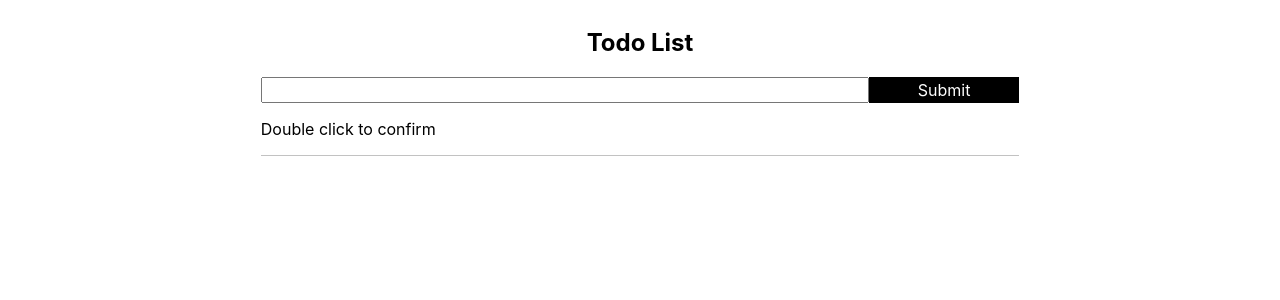
Repository: irenewuu/comp4130_checklist
Page: index.html
The author's editor kept a copy of each file at every save. The page is drawn from the files as they stood at one save, then again after the next save.
The browser window is 1280 px wide. The pictures show the whole page.

Above is the page before, as saved 2022-01-12 15:18:48.

### index.html
<!DOCTYPE html>
<html lang="en">
  <head>
    <meta charset="UTF-8">
    <meta name="viewport" content="width=device-width, initial-scale=1.0">
    <link rel="stylesheet" href="style.css">
    <script src="index.js"></script>
    <title>Comp4130_Checklist</title>
  </head>
  <body>
    <div class="main">
      <!-- title area -->
      <div class="title">
      <h2>Todo List</h2>
      </div>
      <!-- input area -->
      <form class="input">
        <input type="text" class="text" id="myInput" onkeyup="13" >
        <span class="btn" onclick="newElement()">Submit</span>
      </form>
      <!-- homework checklist -->
      <div class="sortbox">
        <!-- <h4>Sort</h4>
        <img src="image/Iconly/Bold/sort.svg"> -->
        <p>Double click to confirm</p>
      </div>
      <ul id="NewList">

      </ul>
    </div>
  </body>
</html>

### style.css
.main {
  width: 100%;
  height: 100%;
  display: flex;
  flex-direction: column;
  justify-content: center;
  align-items: center;
  font-family: -apple-system, BlinkMacSystemFont, "Segoe UI", Roboto;
}
form > span {
  width: 60%;
  display: flex;
  justify-content: center;
  background: #000000;
  color: #fff;
  justify-content: center;
  align-items: center;
}
.input {
  width: 60%;
  display: flex;
  justify-content: center;
  border-radius: 50px;
}
.text {
  width: 80%;
  height: 20px;
}
.btn {
  width: 20%;
  height: 26px;
}
.sortbox {
  width: 60%;
  display: flex;
  flex-direction: row;
  border-bottom: 1px solid #c2c2c2;
}
.sortbox > img {
  margin: 10px;
}
ul {
  width: 60%;
  justify-content: center;
  margin: 0;
  padding: 0;
}
/* Style the list items */
ul li {
  cursor: pointer;
  position: relative;
  padding: 12px 8px 12px 40px;
  list-style-type: none;
  border-bottom: 1px solid #c2c2c2;
  font-size: 18px;
  transition: 0.2s;

  /* make the list items unselectable */
  -webkit-user-select: none;
  -moz-user-select: none;
  -ms-user-select: none;
  user-select: none;
}

ul li span {
  position: relative;
  right: 10px;
}

/* hover */
ul li:hover {
  background: #ddd;
}

/* When clicked on, add a background color and strike out text */
ul li.checked {
  background: #888;
  color: #fff;
  text-decoration: line-through;
}
/* Add a "checked" mark when clicked on */
ul li.checked::before {
  content: "";
  position: absolute;
  border-color: #fff;
  border-style: solid;
  border-width: 0 2px 2px 0;
  top: 10px;
  left: 16px;
  transform: rotate(45deg);
  height: 15px;
  width: 7px;
}
/* Style the close button */
.close {
  position: absolute;
  right: 0;
  top: 0;
  padding: 12px 16px 12px 16px;
}

.close:hover {
  background-color: #f72585;
}

@media only screen and (max-width: 600px) {
  .input {
    width: 60%;
    display: flex;
    justify-content: center;
  }
  .text {
    width: 65%;
    height: 20px;
  }
  .btn {
    width: 30%;
    height: 26px;
  }
}

### index.js
let data = [];

// // Create a "close" button and append it to each list item
var listItem = document.getElementsByTagName("li");

// Create a new list item when clicking on the "Add" button
function newElement() {
  console.log(data)
  var li = document.createElement("li");
  // li.className = "unchecked";
  var inputValue = document.getElementById("myInput").value;

  //putting input value in list
  var spanText = document.createTextNode(inputValue);
  var span = document.createElement("span");
  span.appendChild(spanText);
  li.appendChild(span);


  // delete img
  var bin = document.createElement("img");
  bin.src = "image/iconly/bold/delete.svg";
  bin.className = "close";
  li.appendChild(bin);

  if (inputValue === '') {
    alert("You must write something!");
    data.push()
  } else {
    document.getElementById("NewList").appendChild(li);
  }

  document.getElementById("myInput").value = "";

  // Click on a close button to hide the current list item
  // push object in array
  data.push({ value: inputValue })
  console.log(data)

  // Add a "checked" symbol when clicking on a list item
  // var list = document.querySelector('ul');
  // list.addEventListener('click', function(ev) {
  //   if (ev.target.tagName === 'LI') {
  //     // ev.target.tagName.className = "checked";
  //     ev.target.classList.toggle('checked');
  //   }
  // }, false);

  var close = document.getElementsByClassName("close");

    for (var i = 0; i < close.length; i++) {
      close[i].onclick = function () {

        data.splice(data[i], 1);
        console.log(data)

        // delete the item onclick
        var div = this.parentElement;
        div.remove(0,-1);
      }
    }


    for (var i = 0; i < listItem.length; i++) {
      listItem[i].onclick = function () {
       // Add a "checked" symbol when clicking on a list item
        var list = document.querySelector('ul');
        list.addEventListener('click', function(ev) {
        if (ev.target.tagName === 'LI') {
          ev.target.classList.toggle('checked');

        }

  }, false);
      }
    }
}

After the next save:
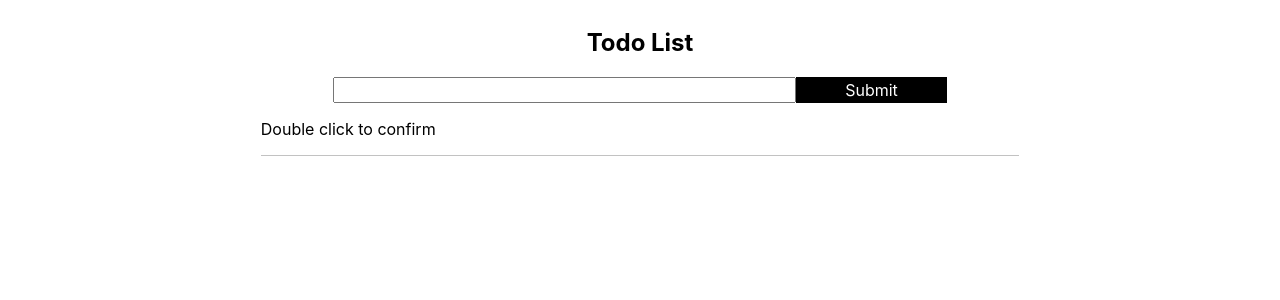
Saved 15 s later.
--- a/style.css
+++ b/style.css
@@ -23,7 +23,7 @@ form > span {
   border-radius: 50px;
 }
 .text {
-  width: 80%;
+  width: 60%;
   height: 20px;
 }
 .btn {
